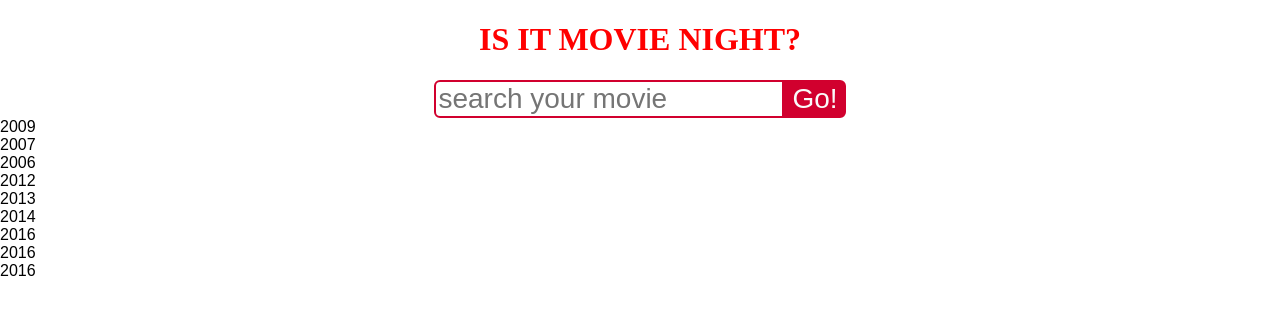
Repository: runner855/movies-app
Page: /
The author's editor kept a copy of each file at every save. The page is drawn from the files as they stood at one save, then again after the next save.
The browser window is 1280 px wide. The pictures show the whole page.
The project was rebuilt for these pictures with package versions that can differ from the ones it lists, and the page was loaded fresh each time. Also part of the build but not shown: src/styles/App.css.

Above is the page before, as saved 2021-06-17 12:44:53.

After the next save:
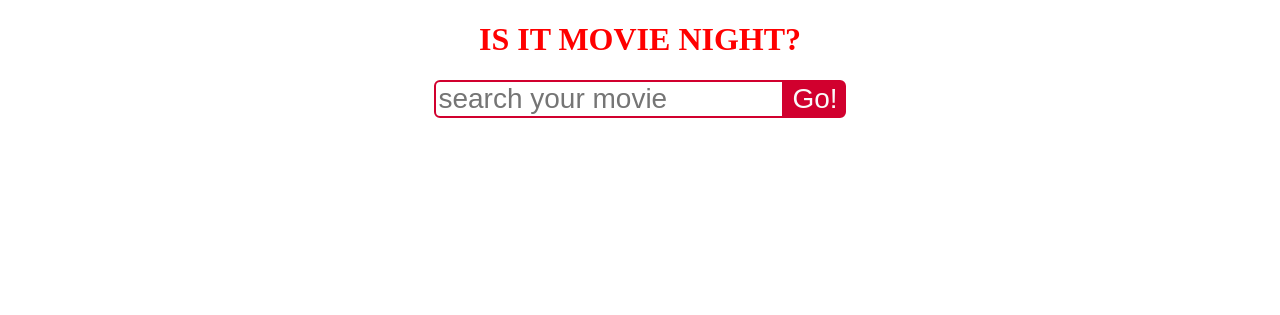
Saved 5 h 56 min later.
--- a/src/components/MovieSummaries.js
+++ b/src/components/MovieSummaries.js
@@ -1,14 +1,13 @@
 import React from "react";
 import PropTypes from "prop-types";
+import data from "../data/data.json";
 import MovieSummary from "../components/MovieSummary";
 
-const MovieSummaries = ({ data }) => {
+const MovieSummaries = () => {
   return (
     <>
-      <div className="Movie-summaries">
-        {data.map((movie, index) => (
-          <MovieSummary Poster={data.Poster} Year={movie.Year} />
-        ))}
+      <div className="MovieSummaries_container">
+        {data.map((data, index) => {})}
       </div>
     </>
   );
